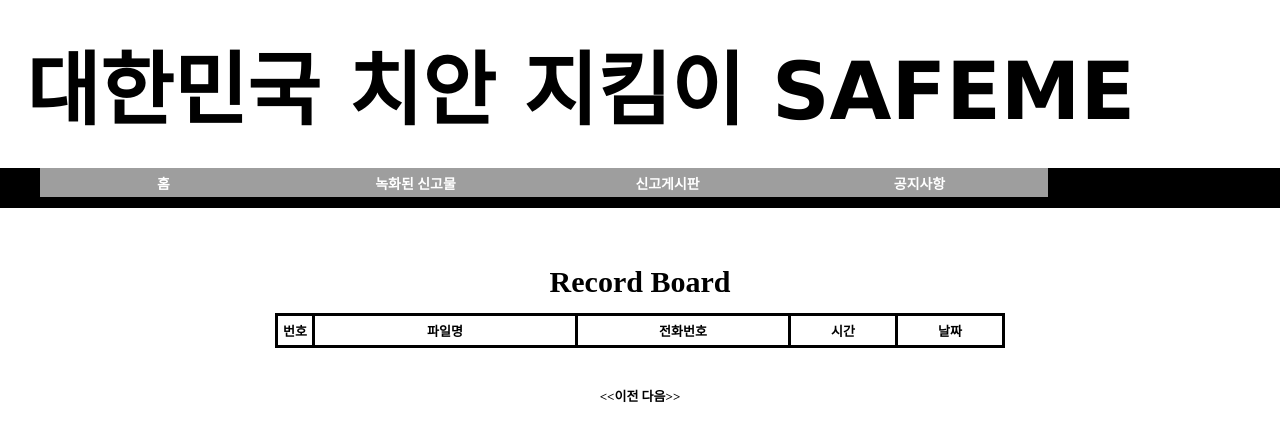
Repository: imdasom/SafeMe
Page: http://localhost/SafeMe/homepage/recordkesipan.jsp
An editor plug-in stored every save of this project. The page is shown before and after the next save, followed by the edit.
The browser window is 1280 px wide. The pictures show the whole page.
Pictures or frames that could not be fetched are drawn as grey boxes. The page is served by Tomcat 9. Queries for data that is not in the repository find no rows.

Above is the page before, as saved 2015-12-14 07:22:27.

### FinalSafeMeWeb/SafeMe/homepage/recordkesipan.jsp
<%@ page language="java" import="java.sql.*" contentType="text/html; charset=utf-8" pageEncoding="utf-8"%>
<html>
<head>
<jsp:include page="Home.jsp" flush="false" /></br></br>
<title>글 목록 보기</title>
</head>
<body bgcolor="white" text="black" link="blue" vlink="red" alink="red" style="font-family:돋움;">
<p align="center"><br>
<div align="center"><h1>Record Board</h1>
<table border="0" cellpadding="0" cellspacing="0" width="700">
  	<tr>
        <td bgcolor="black"><table border="0" cellpadding="5" cellspacing="3" width="100%">
                <tr>
                    <th align="center" nowrap bgcolor="#FFFFFF"><p><font
                         size="2" color=black>번호</font></th>
                    <th width=250 align="center" nowrap bgcolor="#FFFFFF""><p><font
                         size="2" color=black>파일명</font></th>
                    <th width="200" align="center" nowrap bgcolor="#FFFFFF""><p><font
                         size="2" color=black>전화번호</font></th>
                    <th width="94" align="center" nowrap bgcolor="#FFFFFF""><p><font
                         size="2" color=black>시간</font></th>
                    <th width="94" align="center" nowrap bgcolor="#FFFFFF"><p><font
                         size="2" color=black>날짜</font></th>
                </tr>
<%
try {
	String b_date,b_time,b_phonenum,b_filename,b_loc_str,b_loc_lat,b_loc_lon;
        int b_id;

	int datacount=0;
        int pagecount;

      Class.forName("com.mysql.jdbc.Driver");
      Connection conn = DriverManager.getConnection("jdbc:mysql://localhost:3306/safemetest","root","test123");
      Statement stmt = conn.createStatement();

        ResultSet rs0=stmt.executeQuery("select count(id) from notify");

        if(rs0.next()) {
                datacount=rs0.getInt(1);
                rs0.close();
        }
        int pagesize=10;
        pagecount=datacount/(pagesize+1)+1;
        int mypage=1;
        int abpage=1;
        if(request.getParameter("mypage")!=null) {
                mypage=Integer.parseInt(request.getParameter("mypage"));
                abpage=(mypage-1)*pagesize+1;
		if(abpage <= 0 ) abpage=1;
        }

       ResultSet rs = stmt.executeQuery("select * from notify order by id desc");

	if(!rs.next()) {
		pagesize=0;
	} else {
		%>

		<%
		rs.absolute(abpage);
	}
	for(int k=1;k <= pagesize; k++) {
                b_id=rs.getInt(1);
                b_date=rs.getString(2);
                b_time=rs.getString(3);
                b_phonenum=rs.getString(4);
                b_filename=rs.getString(5);
                b_loc_str=rs.getString(6);
                b_loc_lat=rs.getString(7);
                b_loc_lon=rs.getString(8);
%>
                <tr>
                  <td align="center" bgcolor="#FFFFFF" ><p><font size="2"><%=b_id%></font></td>
                  <td width="364" align="left" bgcolor="#FFFFFF"><p><font
                       size="2">&nbsp;&nbsp;&nbsp;</font><a href="recordkesipan_view1.jsp?bid=<%=b_id%>"><font
                       size="2"><%=b_filename%></font></a></td>
                  <td width="94" align="center" nowrap bgcolor="#FFFFFF"><p><font
                       size="2"><%=b_phonenum%></font></td>
                  <td width="114" align="center" bgcolor="#FFFFFF"><p><font
                       size="2"><%=b_date%></font></td>
                  <td align="center" bgcolor="#FFFFFF" ><p><font size="2"><%=b_time%></font></td>
                </tr>
<%
		if(rs.getRow()==datacount){
			break;
		} else {
			rs.next();
		}
	}

	rs.close();
	stmt.close();
	conn.close();

%>
            </table></td>
 </tr>
</table></div><br>
<p align="center"><font size=2>
<%
        int gopage=1;
        if(mypage!=1) {
                gopage=mypage-1;
                out.println("<a href=recordkesipan.jsp?mypage="+gopage+"><<이전</a>  ");
        } else {
		out.println("<<이전");
	}
%>
<%
        if(mypage!=pagecount) {
                gopage=mypage+1;
                out.println("<a href=recordkesipan.jsp?mypage="+gopage+">다음>></a>  ");
        } else {
		out.println("다음>>");
	}
} catch (Exception e) {
	out.println(e);
}
%>

</font></p>
</body>
</html>

### FinalSafeMeWeb/SafeMe/homepage/Home.jsp
<%@ page language="java" contentType="text/html; charset=EUC-KR"
    pageEncoding="EUC-KR"%>
<!DOCTYPE html PUBLIC "-//W3C//DTD HTML 4.01 Transitional//EN" "http://www.w3.org/TR/html4/loose.dtd">
<html xmlns="http://www.w3.org/1999/xhtml">
                <head>
                        <meta http-equiv="Content-Type" content="text/html; charset=iso-8859-1" />
                        <title>대한민국 치안 방지 프로젝트</title>
                        <style type="text/css">
<!--
body{
	margin:0;
	padding:0;
	font: bold 15px/1.5em '맑은고딕';
	}
h2{
	font: bold 80px 맑은 고딕, Verdana, Arial, Helvetica, sans-serif;
	color: #000;
	margin: 26px;
	padding: 0px 0px 0px 0px;
	}

/*- Menu Tabs E--------------------------- */

    #tabsE {
      float:left;
      width:100%;
      background:#000;
      font-size:93%;
      line-height:normal;
      height: 40px;
      }
    #tabsE ul {
        margin:0;
        /* padding:10px 10px 0 50px; */
        list-style:none;
        text-align : center;
      }
    #tabsE li {
      display:inline;
      margin:0;
      padding:0;
      }
    #tabsE a {
      float:left;
      background:url("tableftE.gif") no-repeat left top;
      margin:0;
      padding:0 0 0 4px;
      text-decoration:none;
      width:20%;
      }
    #tabsE a span {
      float:left;
      display:block;
      background:url("tabrightE.gif") no-repeat right top;
      padding:5px 15px 4px 6px;
      color:#FFF;
      }
    /* Commented Backslash Hack hides rule from IE5-Mac \*/
    #tabsE a span {float:none;}
    /* End IE5-Mac hack */
    #tabsE a:hover span {
      color:#FFF;
      }
    #tabsE a:hover {
      background-position:0% -42px;
      }
    #tabsE a:hover span {
      background-position:100% -42px;
      }

        #tabsE #current a {
                background-position:0% -42px;
        }
        #tabsE #current a span {
                background-position:100% -42px;
        }
-->
</style>
                </head>

                <body>

                        <h2>대한민국 치안 지킴이 SAFEME</h2>
                        <div id="tabsE">
                                <ul>
                                        <!-- CSS Tabs -->
<li><a href="HomeImage.jsp"><span>홈</span></a></li>
<li><a href="recordkesipan.jsp"><span>녹화된 신고물</span></a></li>
<li><a href="sinkokyesipan.jsp"><span>신고게시판</span></a></li>
<li><a href="list1.jsp"><span>공지사항</span></a></li>

                                </ul>
                        </div>

                </body>

</html>

After the next save:
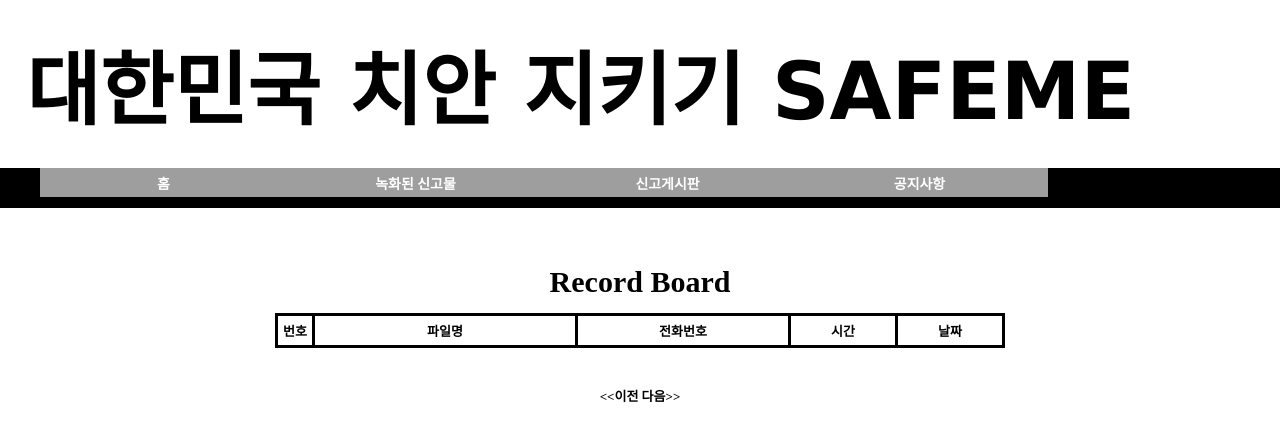
Saved 15 s later.
--- a/FinalSafeMeWeb/SafeMe/homepage/Home.jsp
+++ b/FinalSafeMeWeb/SafeMe/homepage/Home.jsp
@@ -80,7 +80,7 @@
 
                 <body>
 
-                        <h2>대한민국 치안 지킴이 SAFEME</h2>
+                        <h2>대한민국 치안 지키기 SAFEME</h2>
                         <div id="tabsE">
                                 <ul>
                                         <!-- CSS Tabs -->
